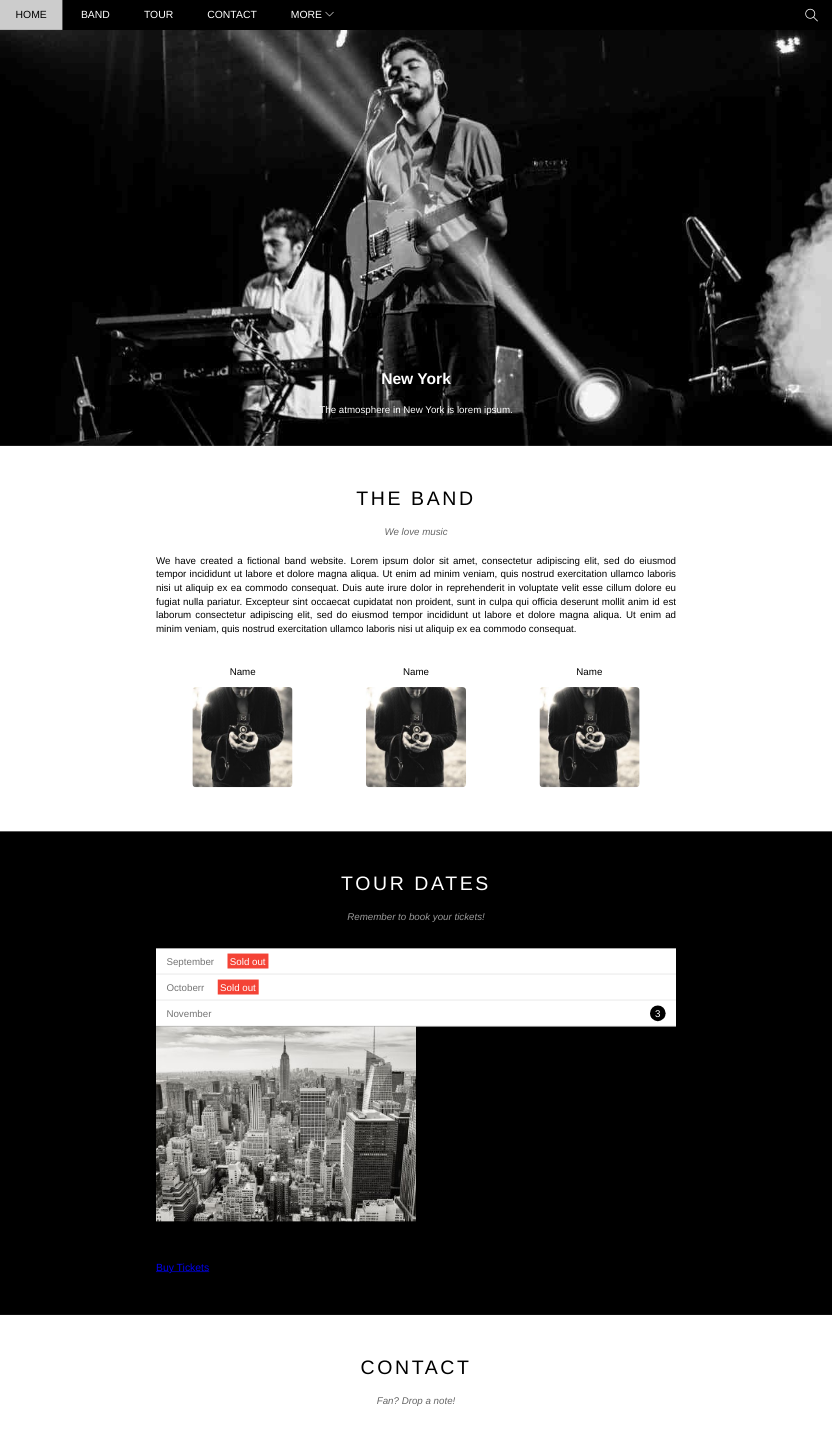
Repository: vophuocthanh/phuocthanhk03
Page: index.html
An editor plug-in stored every save of this project. The page is shown before and after the next save, followed by the edit.
The browser window is 1280 px wide. The pictures show the whole page, at 65% of full size.

Above is the page before, as saved 2022-03-25 20:28:46.

After the next save:
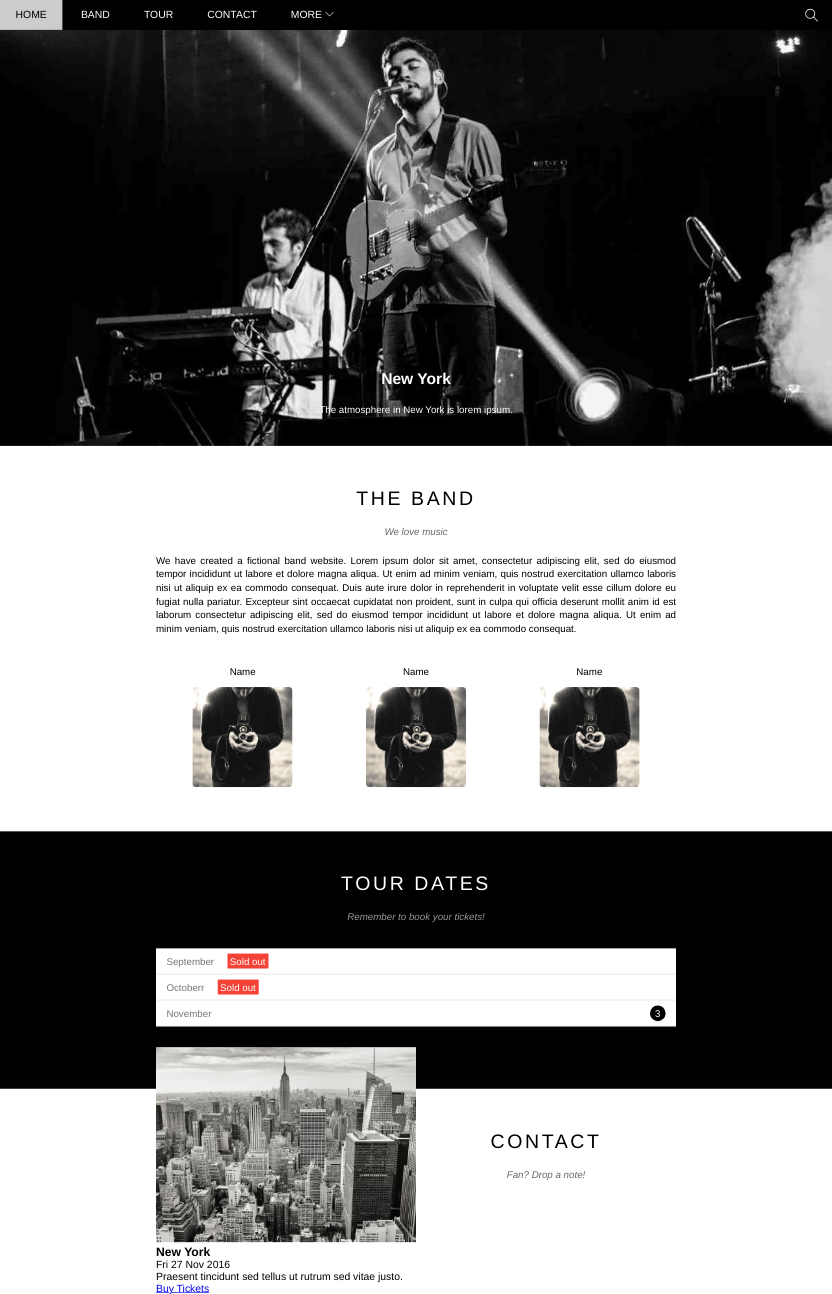
Saved 89 s later.
--- a/asset/css/style.css
+++ b/asset/css/style.css
@@ -238,19 +238,23 @@ html {
 
 /* Places */
 
-place-list {}
-
-place-item {}
-
-place-img {}
-
-place-body {}
-
-place-time {}
-
-place-desc {}
-
-place-buy-btn {}
+.place-list {
+    margin-top: 32px;
+}
+
+.place-item {
+    float: left;
+}
+
+.place-img {}
+
+.place-body {}
+
+.place-time {}
+
+.place-desc {}
+
+.place-buy-btn {}
 
 
 /* Foote section */
